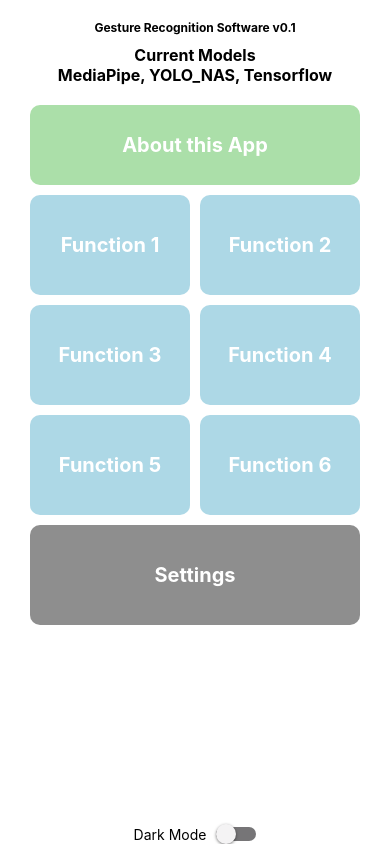
Repository: hajin-park/V-QUIP
Page: / (app in frontend/react-native-app/)
These files come from the project's save history. The page is drawn as it stood at one moment and after the next save; the edit follows.
The browser window is 390 px wide. The pictures show the whole page.
The app was drawn by React Native's web renderer in a window 390 px wide. The project was rebuilt for these pictures with package versions that can differ from the ones it lists, and the page was loaded fresh each time.

Above is the page before, as saved 2024-04-08 00:27:19.

After the next save:
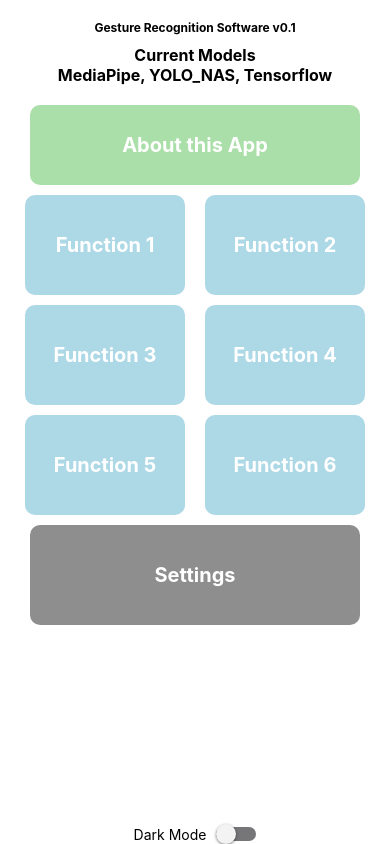
Saved 8 s later.
--- a/frontend/react-native-app/App.js
+++ b/frontend/react-native-app/App.js
@@ -143,7 +143,7 @@
     borderRadius: 10, // Rounded edges
     alignItems: 'center',
     justifyContent: 'center',
-    marginHorizontal: 5,
+    marginHorizontal: 10,
   },
   box2: {
     width: 330,

After the 2 saves that followed:
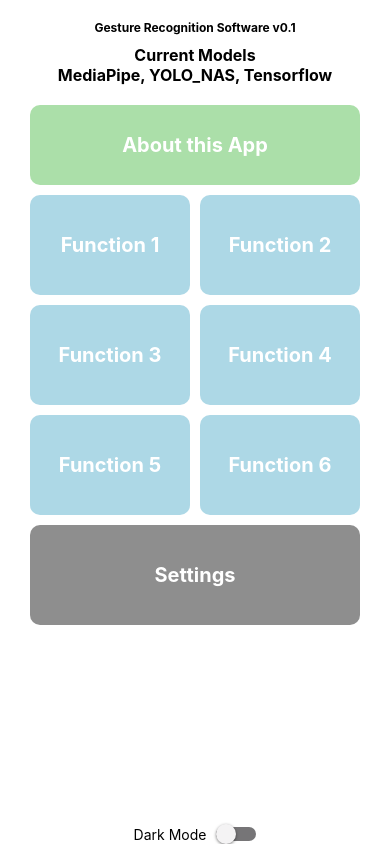
The 2 saves are shown as one change because 1 left the picture as it was.
The last was saved 3 min 4 s later.
--- a/frontend/react-native-app/App.js
+++ b/frontend/react-native-app/App.js
@@ -143,7 +143,7 @@
     borderRadius: 10, // Rounded edges
     alignItems: 'center',
     justifyContent: 'center',
-    marginHorizontal: 10,
+    marginHorizontal: 5,
   },
   box2: {
     width: 330,
